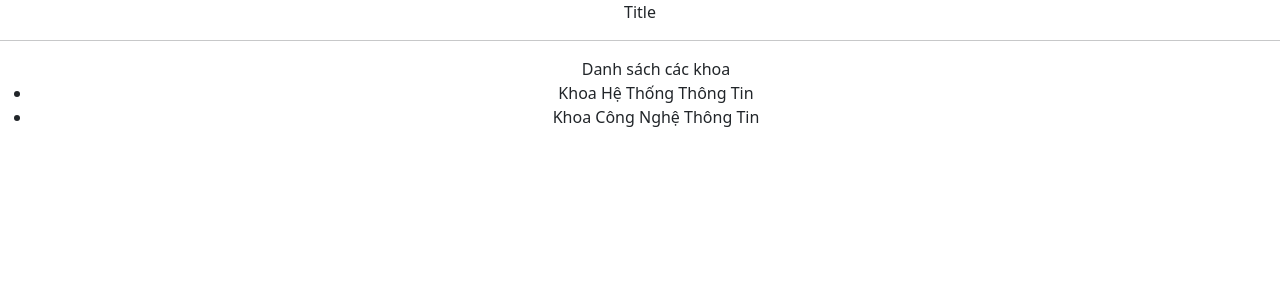
Repository: hoapham2k2/bai_tap_thuc_hanh_is207.n12
Page: index.html
These files come from the project's save history. The page is drawn as it stood at one moment and after the next save; the edit follows.
The browser window is 1280 px wide. The pictures show the whole page.

Above is the page before, as saved 2022-09-19 08:45:08.

After the next save:
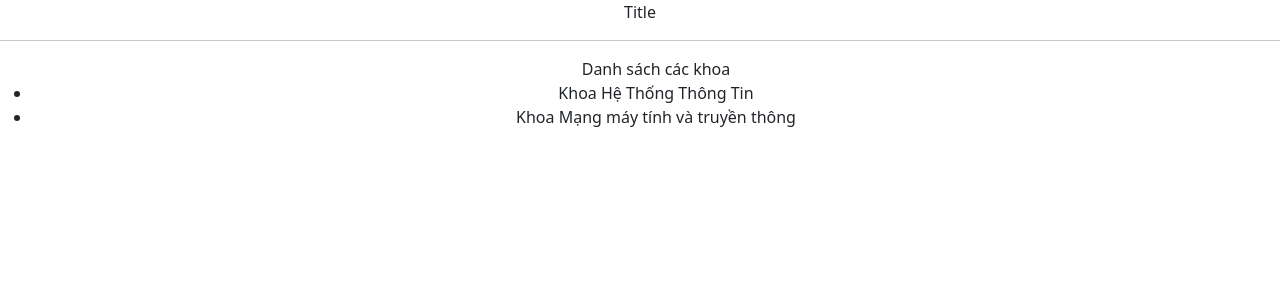
Saved 15 s later.
--- a/index.html
+++ b/index.html
@@ -69,8 +69,7 @@
         <div class="wrapper_body">
             <ul class="wrapper_list_1st">Danh sách các khoa
                 <li class="wrapper_item">Khoa Hệ Thống Thông Tin</li>
-                <li class="wrapper_item">Khoa Công Nghệ Thông Tin</li>
-
+                <li class="wrapper_item">Khoa Mạng máy tính và truyền thông</li>
             </ul>
         </div>
 </body>
